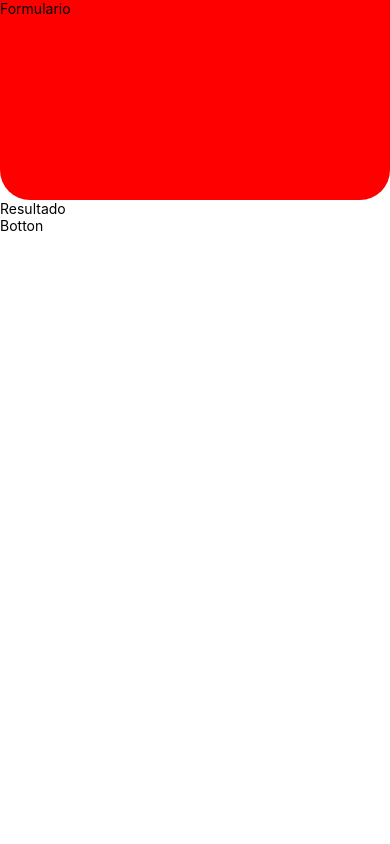
Repository: AleMicky/vagogo
Screen: /
The author's editor kept a copy of each file at every save. The screen is drawn from the files as they stood at one save, then again after the next save.
The app was drawn by React Native's web renderer in a window 390 px wide. The project was rebuilt for these pictures with package versions that can differ from the ones it lists, and the page was loaded fresh each time.

Above is the screen before, as saved 2020-06-23 04:40:54.

After the next save:
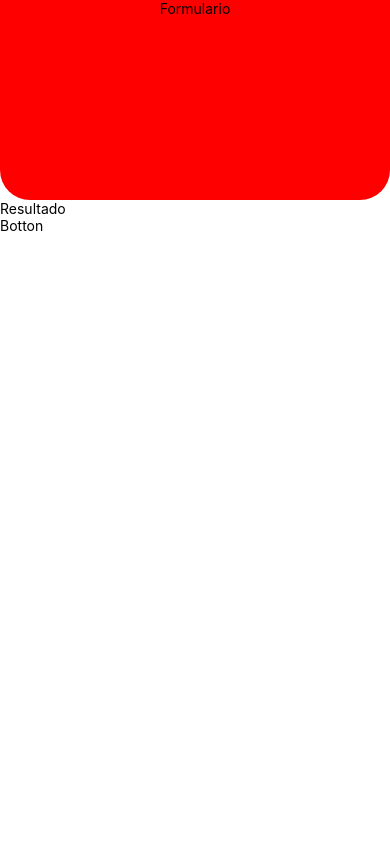
Saved 53 s later.
--- a/App.js
+++ b/App.js
@@ -23,5 +23,6 @@ const styles = StyleSheet.create({
     height:200,
     borderBottomLeftRadius:30,
     borderBottomRightRadius:30,
+    alignItems:'center'
   }
 })
